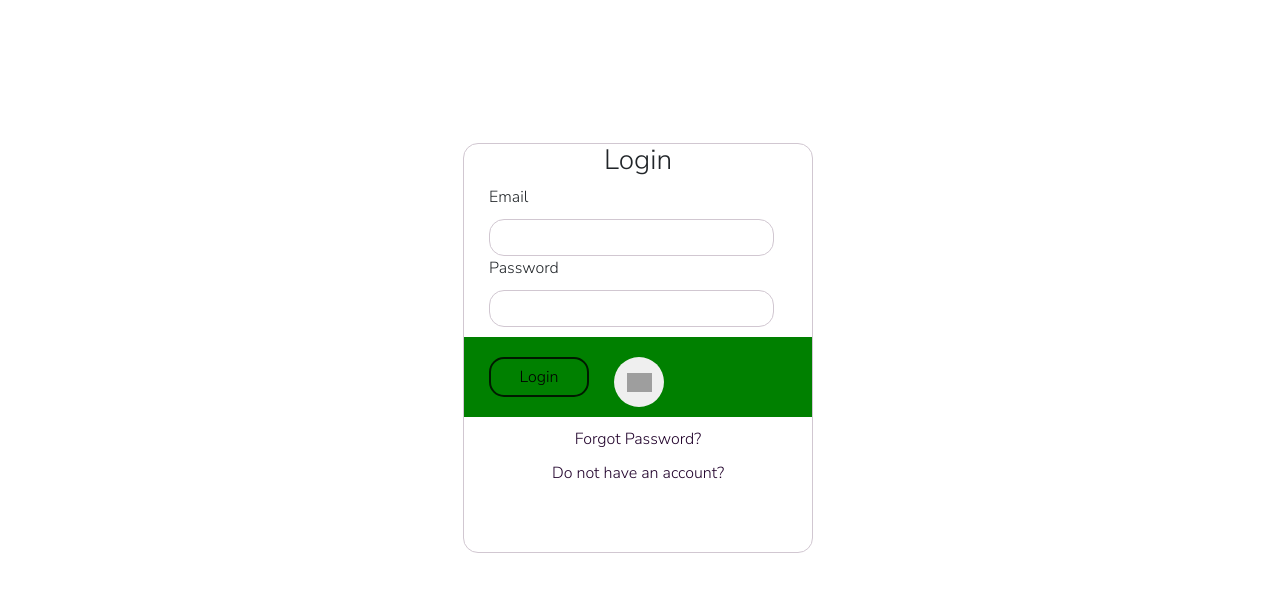
Repository: duzzisantos/rentify
Page: /auth
These files come from the project's save history. The page is drawn as it stood at one moment and after the next save; the edit follows.
The browser window is 1280 px wide. The pictures show the whole page.
Pictures or frames that could not be fetched are drawn as grey boxes. The project was rebuilt for these pictures with package versions that can differ from the ones it lists, and the page was loaded fresh each time. Also part of the build but not shown: src/home.js, src/admin.js, src/auth/register.js, src/table-component.js, src/edit-property.js, src/tables.js, src/booking.js.

Above is the page before, as saved 2022-05-19 02:17:12.

After the next save:
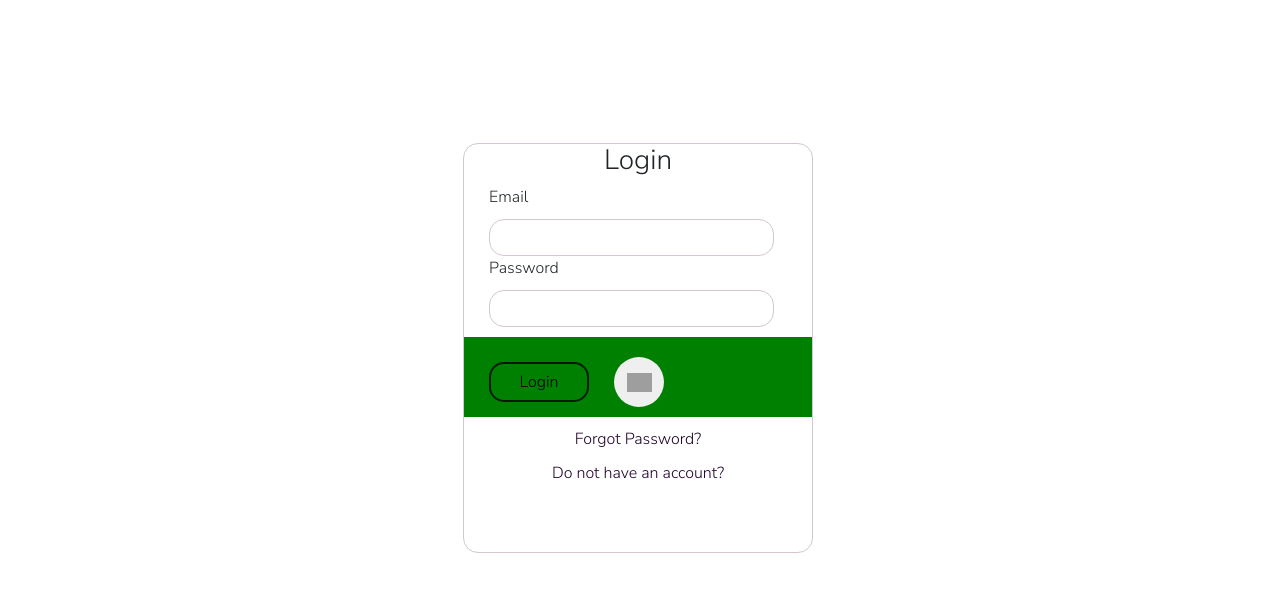
Saved 10 s later.
--- a/src/App.css
+++ b/src/App.css
@@ -482,7 +482,7 @@ tr img:hover {
   border: 2px solid rgba(0, 0, 0, 0.8);
   margin-left: 25px;
   border-radius: 15px;
-  margin-top: 20px;
+  margin-top: 25px;
   display: inline-block;
 }
 
